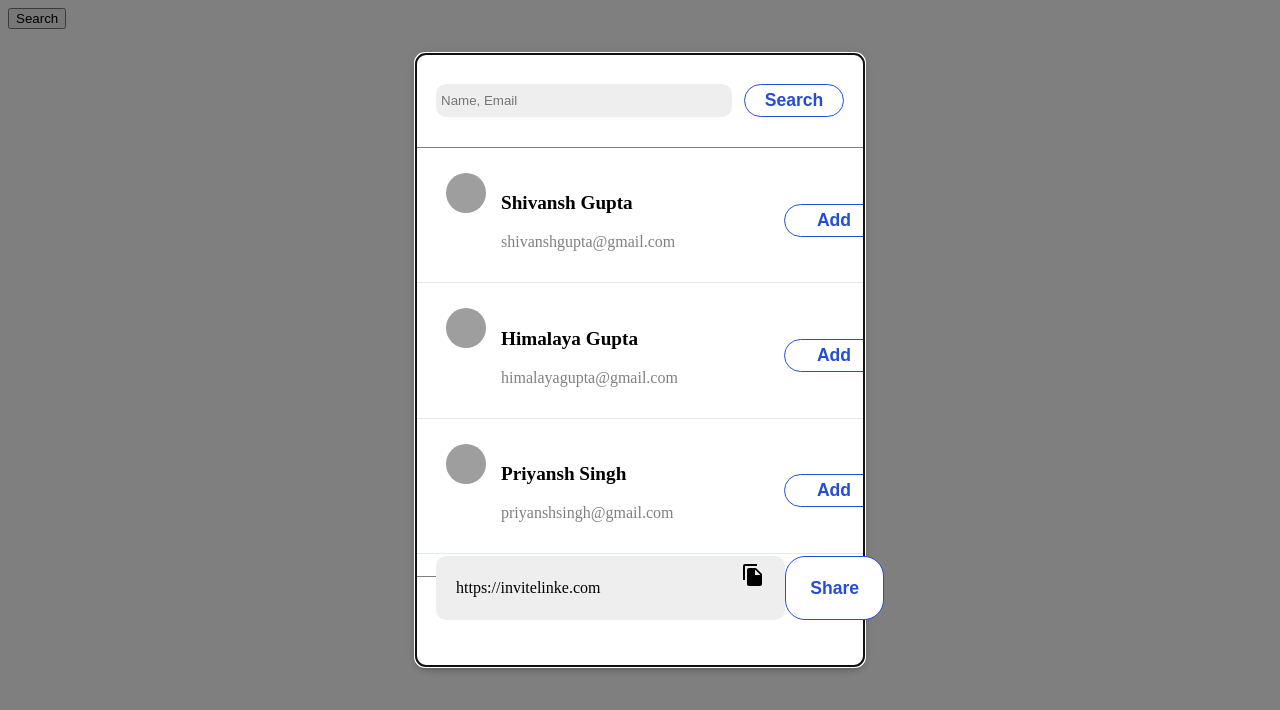
Repository: shiv0403/event-planner
Page: /, after clicking the first element matching `button`
The author's editor kept a copy of each file at every save. The page is drawn from the files as they stood at one save, then again after the next save.
The browser window is 1280 px wide. The pictures show the whole page.
Pictures or frames that could not be fetched are drawn as grey boxes. An inner scrolling area shows only its first screen. The project was rebuilt for these pictures with package versions that can differ from the ones it lists, and the page was loaded fresh each time.

Above is the page before, as saved 2021-07-27 13:15:39.

After the next save:
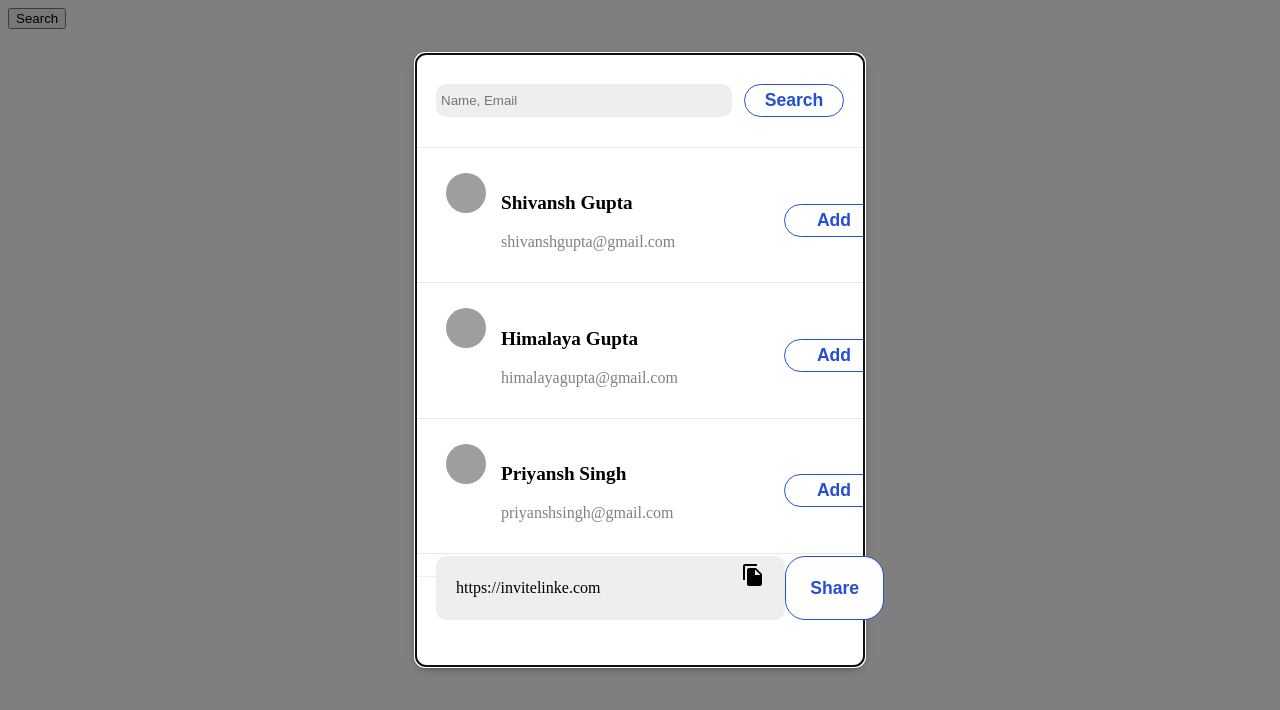
Saved 18 s later.
--- a/src/Components/SearchModal/SearchModal.css
+++ b/src/Components/SearchModal/SearchModal.css
@@ -2,7 +2,7 @@
   display: flex;
   justify-content: space-between;
   padding: 30px 20px;
-  border-bottom: 1px solid gray;
+  border-bottom: 1px solid #eee;
 }
 
 .search__header > input {
@@ -29,7 +29,7 @@
 .search__body {
   overflow-y: auto;
   height: 70%;
-  border-bottom: 1px solid gray;
+  border-bottom: 1px solid #eee;
 }
 
 .search__body::-webkit-scrollbar {
